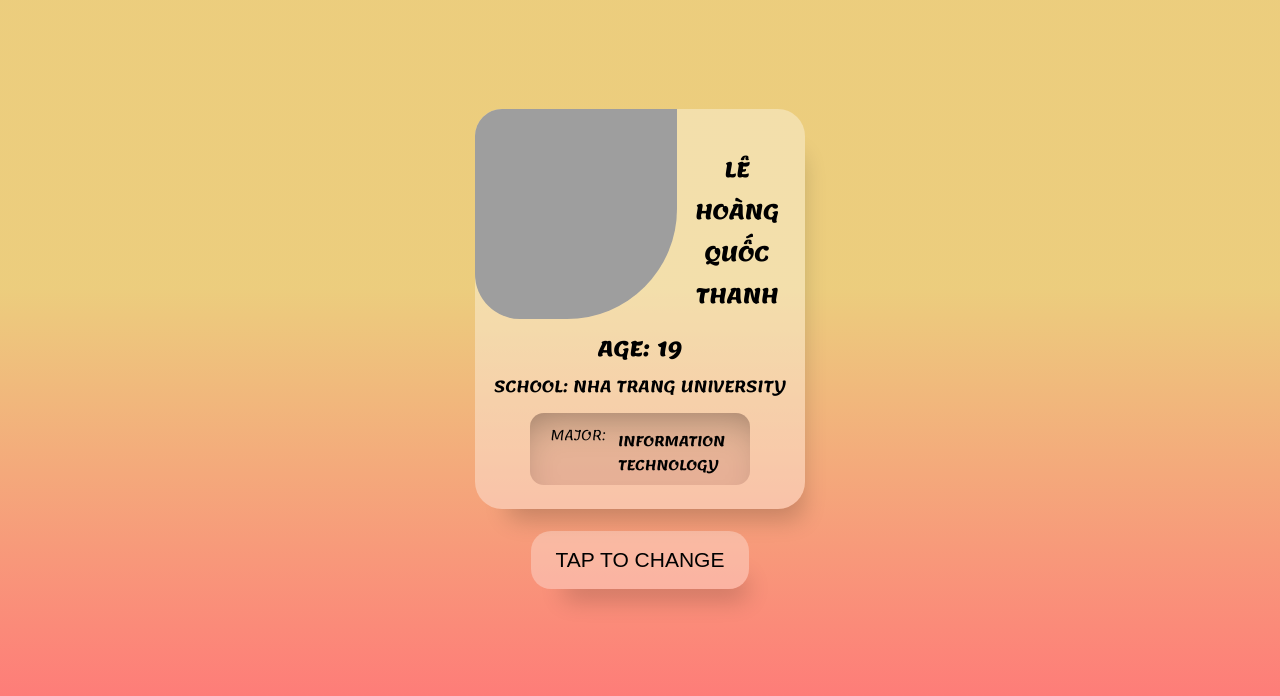
Repository: ThanhThn/profile
Page: index.html
The author's editor kept a copy of each file at every save. The page is drawn from the files as they stood at one save, then again after the next save.
The browser window is 1280 px wide. The pictures show the whole page.
After loading, the first visible `#btn` was clicked once.
Pictures or frames that could not be fetched are drawn as grey boxes. Some web fonts or font styles are not loaded; a fallback is used.

Above is the page before, as saved 2022-12-05 21:23:19.
Console error: TypeError: Cannot set properties of undefined (setting 'msTransform')

### index.html
<!DOCTYPE html>
<html lang="en">
<head>
    <meta charset="UTF-8">
    <meta http-equiv="X-UA-Compatible" content="IE=edge">
    <meta name="viewport" content="width=device-width, initial-scale=1.0">
    <title>Document</title>
    <link rel="stylesheet" href="style.css">
</head>
<body>
    <div class="container">
        <div class="content">
            <img src="avata.jpg" alt="avatar">
            <span class="name">LÊ hoàng quốc thanh</span>
            <span class="age" ></span>
            <span id="school">school: nha trang university</span>
            <div class="major">
                <span id = "major">Major:</span>
                <span id = "major--name">information technology</span>
            </div>
        </div>
        <button id="btn">tap to change</button>
    </div>

    <script>
        var ages = new Date().getFullYear() - 2003;
        var text = document.getElementsByClassName("age");
        for(let i = 0; i < text.length; i++){
            text[i].innerHTML = `age: ${ages}`;
        }
    </script>

    <script>
        const btn = document.getElementById("btn");
        const main = document.getElementsByClassName("content");
        btn.addEventListener("click", () => {
            for(let i = 0; i < main.length; i++){
                main.style.msTransform = "rotateY(20deg)";
                main.style.transform = "rotateY(20deg)";
            }
        })
    </script>
</body>
</html>

### style.css
@import url('https://fonts.googleapis.com/css2?family=Kodchasan:wght@700&family=Lemonada:wght@300;600;700&family=Pacifico&display=swap');
*{
    padding: 0;
    margin: 0;
    box-sizing: border-box;
}

body{
    background:  linear-gradient( to bottom, rgba(223, 172,39,60%) 40%, rgba(255,22,22,58%) 100% );
    width: 100%;
    height: 100vh;
}
.container{
    position: absolute;
    top: 50%;
    left: 50%;
    transform: translate(-50%, -50%);
    display: flex;
    flex-direction: column;
    align-items: center;
}

.content{
    width: 330px;
    height: 400px;
    background: rgba(255, 255, 255, 35%);
    border-radius: 27px;
    box-shadow: rgba(0, 0, 0, .2) 15px 28px 25px -18px;
    /*animation: rotate  4s linear  infinite;*/
}

.content img{
    width: 202px;
    height: 210px;
    border-radius: 27px 0 110px 45px;
    object-fit: cover;
    object-position: -32px 0;
}
span{
    width: 104px;
    font-size: 21px;
    text-transform: uppercase;
    font-weight: 700;
    font-family: 'Lemonada', cursive;
}
.content .name{
    position: absolute;
    text-align: center;
    top: 40px;
    left: 210px;
}

.content .age{
    display: block;
    position: relative;
    width: 100%;
    top: 5px;
    text-align: center;
}
#school{
    font-size: 16px;
    font-weight: 600;
    display: block;
    width: 100%;
    text-align: center;
    position: relative;
    top:5px;
}

.major{
    width: 220px;
    height: 72px;
    background-color: rgba(126, 48, 40, .15);
    border-radius: 14px;
    box-shadow: 3px 20px 39px -19px rgba(0,0,0,0.35) inset;
    -webkit-box-shadow: 3px 20px 39px -19px rgba(0,0,0,0.35) inset;
    -moz-box-shadow: 3px 20px 39px -19px rgba(0,0,0,0.35) inset;
    margin: 16px auto 0 auto;
    padding: 8px 0 0 20px ;
    position: relative;
}

.major #major{
    font-weight: 300;
    font-size: 14px;
}

.major #major--name{
    display: block;
    position: absolute;
    top: 22%;
    left: 40%;
    font-weight: 600;
    font-size: 14px;
    line-height: 24px;
}
#btn{
    background: rgba(255, 255, 255, .3);
    width: 218px;
    height: 58px;
    border-radius: 20px;
    border: none;
    margin: 22px;
    font-family: 'Kodchasan', sans-serif;
    font-size: 21px;
    text-transform: uppercase;
    box-shadow: rgba(0, 0, 0, .2) 15px 28px 25px -18px;
    background-position: 0 90%;
    background-repeat: repeat no-repeat;

}

#btn:hover {
    box-shadow: rgba(0, 0, 0, .3) 2px 8px 8px -5px;
    transform: translate3d(0, 2px, 0);
}


#btn:focus {
  box-shadow: rgba(0, 0, 0, .3) 2px 8px 4px -6px;
}

@keyframes rotate {
    from{
        transform: rotateY(0);
    }to{
        transform: rotateY(360deg);
    }
}

After the next save:
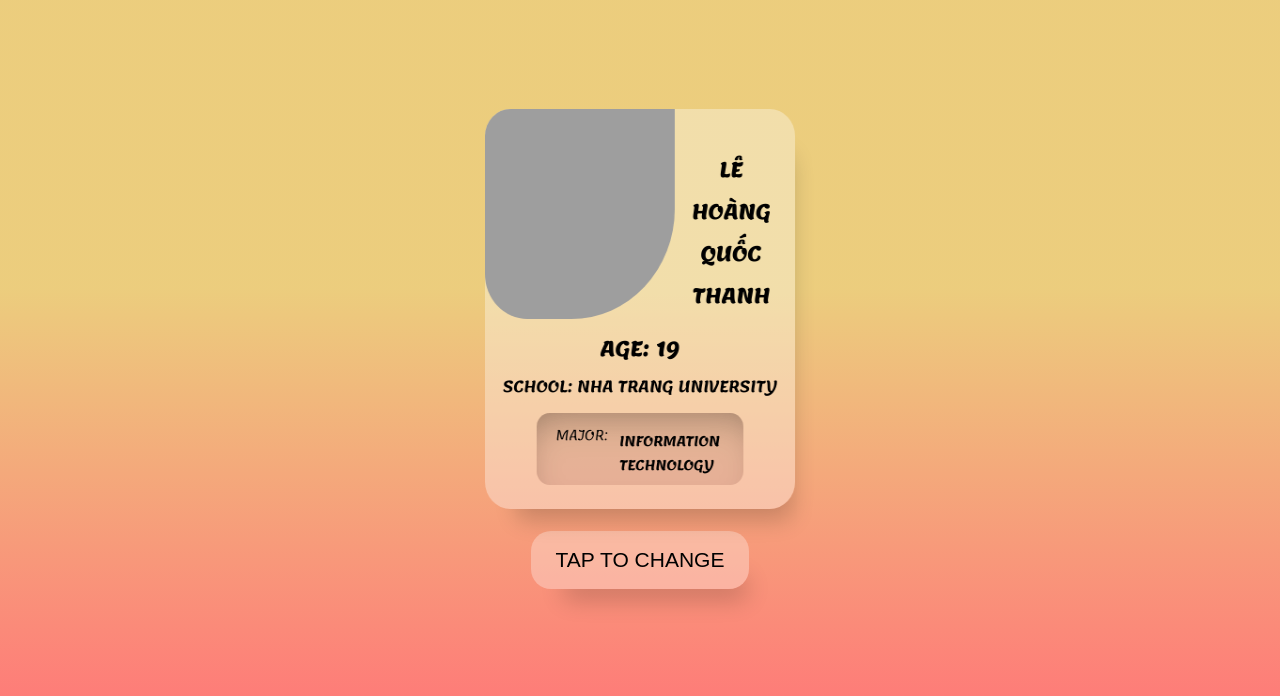
The error is gone.
Saved 38 s later.
--- a/index.html
+++ b/index.html
@@ -35,8 +35,8 @@
         const main = document.getElementsByClassName("content");
         btn.addEventListener("click", () => {
             for(let i = 0; i < main.length; i++){
-                main.style.msTransform = "rotateY(20deg)";
-                main.style.transform = "rotateY(20deg)";
+                main[i].style.msTransform = "rotateY(20deg)";
+                main[i].style.transform = "rotateY(20deg)";
             }
         })
     </script>
